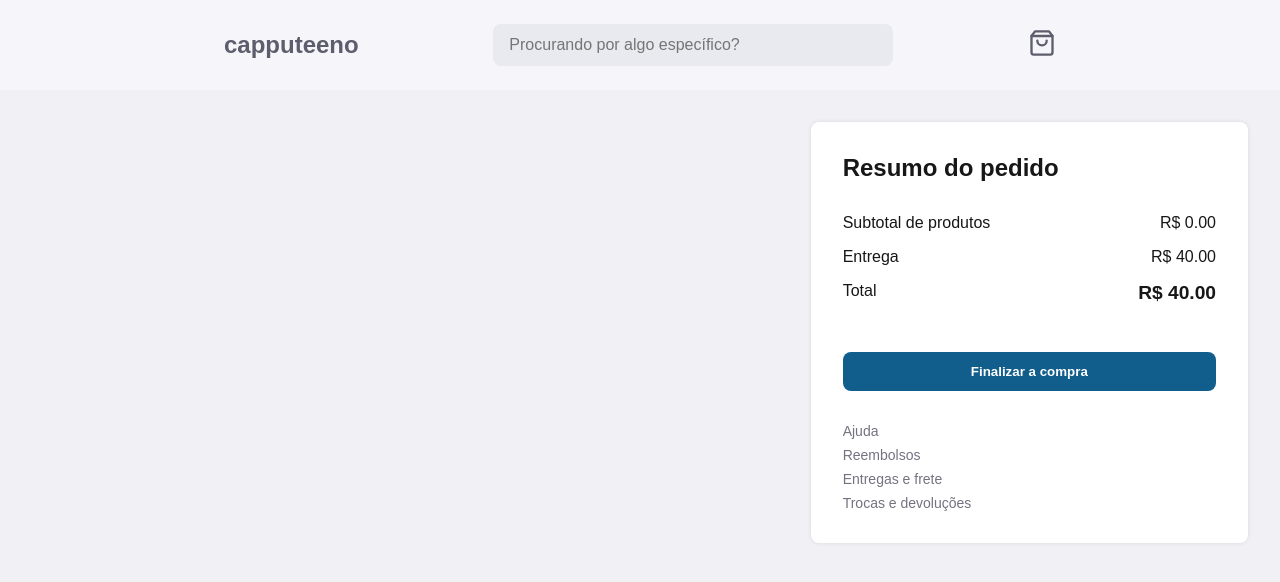
Repository: Biel-barbosa/capputeenoecomerce
Page: /cart
An editor plug-in stored every save of this project. The page is shown before and after the next save, followed by the edit.
The browser window is 1280 px wide. The pictures show the whole page.
The project was rebuilt for these pictures with package versions that can differ from the ones it lists, and the page was loaded fresh each time. The framework's server and built-in components were replaced by stand-ins that run in the browser. Also part of the build but not shown: next.config.ts.

Above is the page before, as saved 2025-04-23 17:16:10.

After the next save:
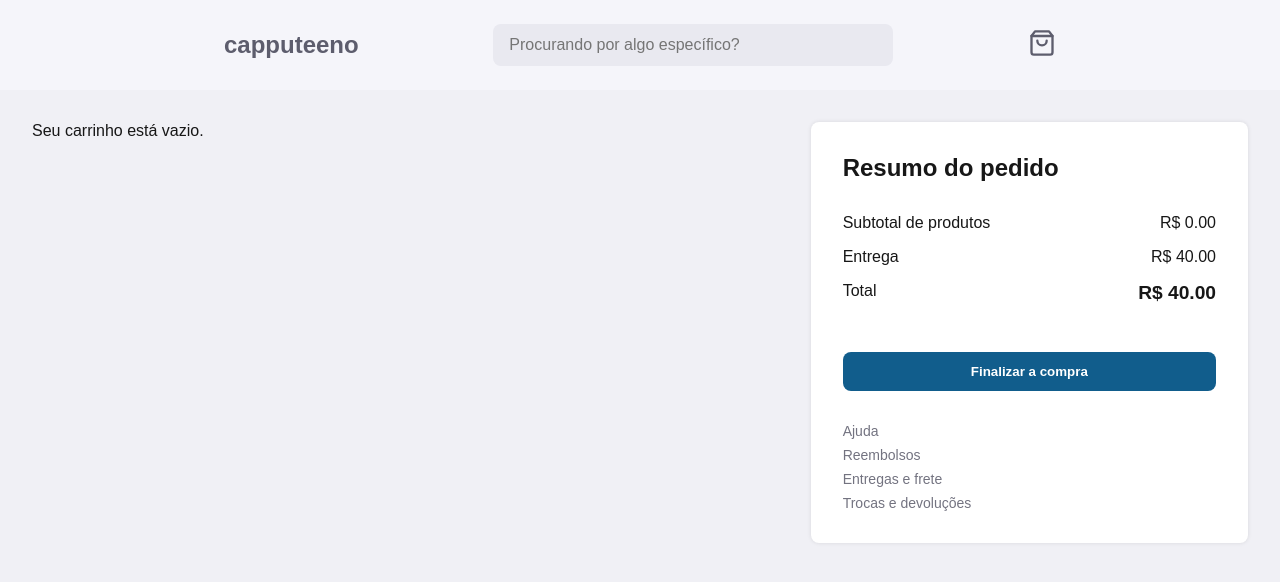
Saved 116 s later.
--- a/src/app/cart/page.tsx
+++ b/src/app/cart/page.tsx
@@ -143,6 +143,7 @@ const HelpLinks = styled.div`
 export default function CartPage() {
   const [cart, setCart] = useState<CartItem[]>([]);
 
+  // Carregar o carrinho do localStorage
   useEffect(() => {
     const savedCart = localStorage.getItem('cart');
     if (savedCart) {
@@ -150,11 +151,13 @@ export default function CartPage() {
     }
   }, []);
 
+  // Atualizar o localStorage e o estado do carrinho
   const updateLocalStorage = (updatedCart: CartItem[]) => {
     localStorage.setItem('cart', JSON.stringify(updatedCart));
     setCart(updatedCart);
   };
 
+  // Aumentar a quantidade de um produto
   const increaseQuantity = (id: string) => {
     const updatedCart = cart.map(item =>
       item.id === id ? { ...item, quantity: item.quantity + 1 } : item
@@ -162,6 +165,7 @@ export default function CartPage() {
     updateLocalStorage(updatedCart);
   };
 
+  // Diminuir a quantidade de um produto
   const decreaseQuantity = (id: string) => {
     const updatedCart = cart
       .map(item =>
@@ -170,13 +174,15 @@ export default function CartPage() {
     updateLocalStorage(updatedCart);
   };
 
+  // Remover um produto do carrinho
   const removeItem = (id: string) => {
     const updatedCart = cart.filter(item => item.id !== id);
     updateLocalStorage(updatedCart);
   };
 
+  // Calcular subtotal, entrega e total
   const subtotal = cart.reduce((acc, item) => acc + item.price * item.quantity, 0);
-  const delivery = 40;
+  const delivery = 40; // Custo fixo de entrega
   const total = subtotal + delivery;
 
   return (
@@ -184,21 +190,25 @@ export default function CartPage() {
       <Header />
       <Container>
         <ProductsSection>
-          {cart.map((product) => (
-            <ProductCard key={product.id}>
-              <ProductImage src={product.image} alt={product.title} />
-              <ProductInfo>
-                <Title>{product.title}</Title>
-                <Price>R$ {(product.price * product.quantity).toFixed(2)}</Price>
-                <Controls>
-                  <ControlButton onClick={() => decreaseQuantity(product.id)}>-</ControlButton>
-                  <span>{product.quantity}</span>
-                  <ControlButton onClick={() => increaseQuantity(product.id)}>+</ControlButton>
-                </Controls>
-              </ProductInfo>
-              <RemoveButton onClick={() => removeItem(product.id)}>Remover</RemoveButton>
-            </ProductCard>
-          ))}
+          {cart.length > 0 ? (
+            cart.map((product) => (
+              <ProductCard key={product.id}>
+                <ProductImage src={product.image} alt={product.title} />
+                <ProductInfo>
+                  <Title>{product.title}</Title>
+                  <Price>R$ {(product.price * product.quantity).toFixed(2)}</Price>
+                  <Controls>
+                    <ControlButton onClick={() => decreaseQuantity(product.id)}>-</ControlButton>
+                    <span>{product.quantity}</span>
+                    <ControlButton onClick={() => increaseQuantity(product.id)}>+</ControlButton>
+                  </Controls>
+                </ProductInfo>
+                <RemoveButton onClick={() => removeItem(product.id)}>Remover</RemoveButton>
+              </ProductCard>
+            ))
+          ) : (
+            <p>Seu carrinho está vazio.</p>
+          )}
         </ProductsSection>
 
         <SummarySection>
